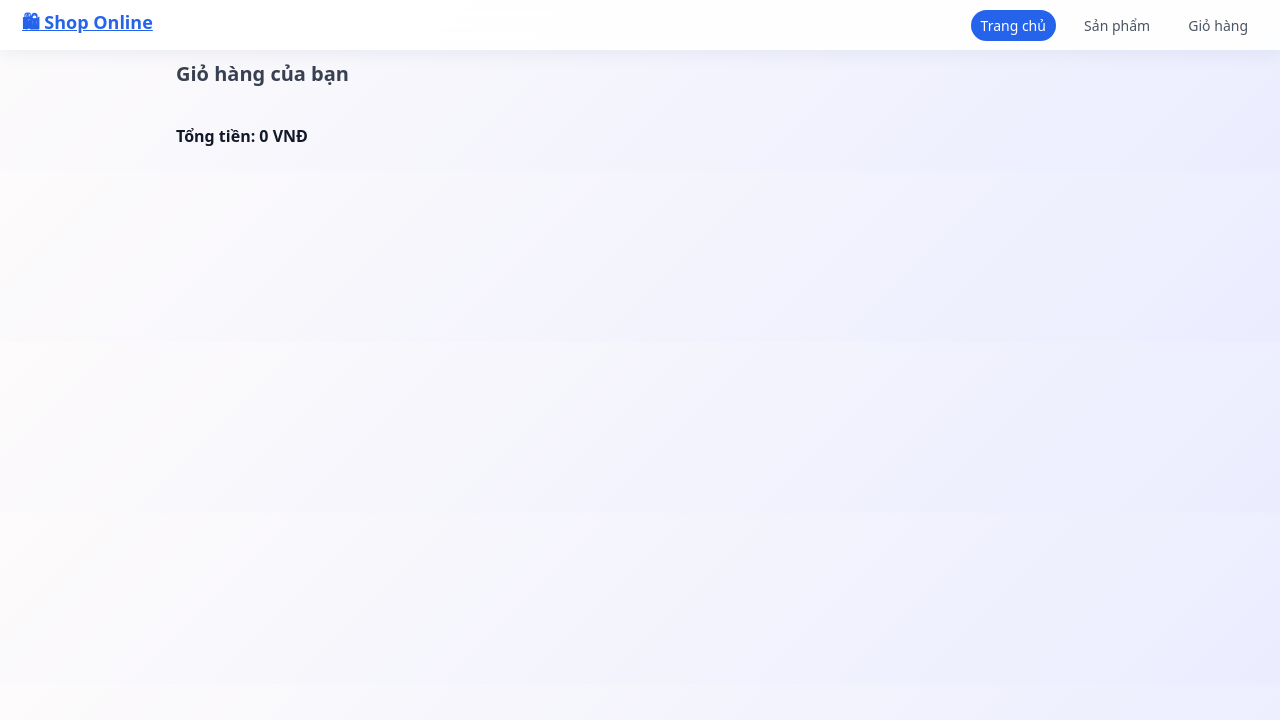
Repository: sapiens04/myshop_feuser
Page: cart.html
The author's editor kept a copy of each file at every save. The page is drawn from the files as they stood at one save, then again after the next save.
The browser window is 1280 px wide. The pictures show the whole page.

Above is the page before, as saved 2025-11-18 18:04:43.

### cart.html
<!DOCTYPE html>
<html lang="vi">
<head>
    <meta charset="UTF-8">
    <title>Giỏ hàng</title>
   <link rel="stylesheet" href="src/css/user.css">
</head>
<body>

<header class="navbar">
    <a href="index.html"
    <div class="logo">🛍 Shop Online</div>
</a>
     <nav>
    <a href="index.html" class="active">Trang chủ</a>
    <a href="products.html">Sản phẩm</a>
    <a href="src/cart.html">
        Giỏ hàng
        <span class="cart-badge cart-count"></span>
    </a>
</nav>

</header>

<h2 class="section-title">Giỏ hàng của bạn</h2>

<div id="cartList" class="cart-container"></div>

<h3 id="totalPrice" class="total"></h3>

<script src="src/js/cart_badge.js"></script>
<script src="src/js/cart.js"></script>

</body>
</html>

### src/css/user.css
/* Reset nhẹ nhàng */
* {
    box-sizing: border-box;
    margin: 0;
    padding: 0;
}

body {
    font-family: system-ui, -apple-system, BlinkMacSystemFont, "Segoe UI", sans-serif;
    background: linear-gradient(135deg, #fdfbfb, #ebedff);
    color: #222;
}

/* Navbar */
/* -------------------------- */
.navbar {
    position: sticky;
    top: 0;
    z-index: 10;
    display: flex;
    justify-content: space-between;
    align-items: center;
    padding: 10px 22px;
    background: rgba(255, 255, 255, 0.9);
    backdrop-filter: blur(10px);
    box-shadow: 0 4px 15px rgba(148, 163, 184, 0.15);
}

.logo {
    font-weight: 700;
    font-size: 18px;
    color: #2563eb;
}

.navbar nav a {
    margin-left: 14px;
    text-decoration: none;
    font-size: 14px;
    color: #4b5563;
    padding: 6px 10px;
    border-radius: 999px;
    transition: background-color 0.15s, color 0.15s;
}

.navbar nav a:hover {
    background-color: rgba(37, 99, 235, 0.08);
    color: #1d4ed8;
}

.navbar nav a.active {
    background-color: #2563eb;
    color: #ffffff;
}

/* Hero */
/* -------------------------- */
.hero {
    text-align: center;
    padding: 40px 16px 28px;
    max-width: 960px;
    margin: 0 auto;
}

.hero h1 {
    font-size: 28px;
    margin-bottom: 10px;
    color: #1f2933;
}

.hero p {
    color: #6b7280;
    margin-bottom: 16px;
}

.btn-primary {
    display: inline-block;
    border: none;
    border-radius: 999px;
    padding: 8px 18px;
    font-size: 14px;
    cursor: pointer;
    background: linear-gradient(135deg, #60a5fa, #a855f7);
    color: #ffffff;
    box-shadow: 0 6px 15px rgba(99, 102, 241, 0.4);
    text-decoration: none;
    transition: transform 0.05s ease, box-shadow 0.1s ease, opacity 0.1s ease;
}

.btn-primary:hover {
    transform: translateY(-1px);
    box-shadow: 0 10px 25px rgba(99, 102, 241, 0.45);
    opacity: 0.96;
}

/* Tiêu đề section */
/* -------------------------- */
.section-title {
    max-width: 960px;
    margin: 10px auto 4px;
    padding: 0 16px;
    font-size: 20px;
    font-weight: 600;
    color: #374151;
}

/* Search input ở trang products */
/* -------------------------- */
.search-input {
    display: block;
    max-width: 960px;
    width: 100%;
    margin: 8px auto 10px;
    padding: 8px 12px;
    border-radius: 999px;
    border: 1px solid #d1d5db;
    background-color: rgba(255, 255, 255, 0.9);
    font-size: 14px;
    color: #374151;
    box-shadow: 0 3px 10px rgba(148, 163, 184, 0.15);
    transition: border-color 0.15s, box-shadow 0.15s, background-color 0.15s;
}

.search-input:focus {
    outline: none;
    border-color: #60a5fa;
    box-shadow: 0 0 0 2px rgba(96, 165, 250, 0.35);
    background-color: #ffffff;
}

/* Product grid */
/* -------------------------- */
.product-grid {
    max-width: 960px;
    margin: 6px auto 30px;
    padding: 0 16px;
    display: grid;
    grid-template-columns: repeat(auto-fill, minmax(190px, 1fr));
    gap: 14px;
}

/* Card sản phẩm */
.product-card {
    background: rgba(255, 255, 255, 0.95);
    border-radius: 16px;
    box-shadow: 0 8px 20px rgba(148, 163, 184, 0.3);
    padding: 10px 10px 14px;
    cursor: pointer;
    transition: transform 0.1s ease, box-shadow 0.1s ease, background-color 0.15s ease;
    display: flex;
    flex-direction: column;
    align-items: stretch;
}

.product-card:hover {
    transform: translateY(-3px);
    box-shadow: 0 12px 30px rgba(129, 140, 248, 0.4);
    background-color: #f9fafb;
}

.product-card img {
    width: 100%;
    height: 140px;
    object-fit: cover;
    border-radius: 12px;
    margin-bottom: 8px;
    background: linear-gradient(135deg, #f9a8d4, #bfdbfe);
}

.product-card h3 {
    font-size: 15px;
    margin-bottom: 4px;
    color: #111827;
}

.product-card .price {
    font-size: 14px;
    font-weight: 600;
    color: #ec4899;
}

/* Detail page */
/* -------------------------- */
.detail-wrapper {
    max-width: 960px;
    margin: 24px auto;
    padding: 12px 16px;
    display: flex;
    gap: 18px;
    flex-wrap: wrap;
}

.detail-image {
    flex: 1 1 260px;
    max-width: 340px;
    width: 100%;
    border-radius: 18px;
    box-shadow: 0 10px 25px rgba(148, 163, 184, 0.4);
    object-fit: cover;
    background: linear-gradient(135deg, #fbcfe8, #bfdbfe);
}

.detail-info {
    flex: 2 1 320px;
    display: flex;
    flex-direction: column;
    gap: 10px;
    padding-top: 6px;
}

.detail-info h2 {
    font-size: 22px;
    color: #111827;
}

.detail-info .price {
    font-size: 18px;
    font-weight: 700;
    color: #ec4899;
}

/* Cart */
/* -------------------------- */
.cart-container {
    max-width: 960px;
    margin: 12px auto 0;
    padding: 0 16px 20px;
    display: flex;
    flex-direction: column;
    gap: 10px;
}

.cart-item {
    background: rgba(255, 255, 255, 0.96);
    border-radius: 14px;
    padding: 10px 12px;
    display: flex;
    justify-content: space-between;
    align-items: center;
    box-shadow: 0 6px 16px rgba(148, 163, 184, 0.3);
}

.cart-item h3 {
    font-size: 15px;
    margin-bottom: 2px;
}

.cart-item p {
    font-size: 13px;
    color: #4b5563;
}

.cart-actions {
    display: flex;
    gap: 6px;
    align-items: center;
}

.cart-actions button {
    border-radius: 999px;
    border: 1px solid #d1d5db;
    background-color: #f9fafb;
    padding: 4px 9px;
    font-size: 13px;
    cursor: pointer;
    transition: background-color 0.15s, transform 0.05s;
}

.cart-actions button:hover {
    background-color: #e5e7eb;
    transform: translateY(-1px);
}

/* Tổng tiền */
.total {
    max-width: 960px;
    margin: 6px auto 24px;
    padding: 0 16px;
    font-size: 16px;
    font-weight: 600;
    color: #111827;
}

/* Thông báo lỗi đơn giản (nếu cần dùng chung) */
.error {
    color: #dc2626;
}

/* Responsive */
/* -------------------------- */
@media (max-width: 600px) {
    .navbar {
        flex-direction: column;
        align-items: flex-start;
        gap: 6px;
    }
.navbar nav a {
    margin-left: 14px;
    text-decoration: none;
    font-size: 14px;
    color: #4b5563;
    padding: 6px 10px;
    border-radius: 999px;
    transition: background-color 0.15s, color 0.15s;
    position: relative; /* THÊM: để chứa badge */
}

/* Badge số trên chữ "Giỏ hàng" */
.cart-badge {
    position: absolute;
    top: -4px;
    right: 0;
    min-width: 18px;
    height: 18px;
    border-radius: 999px;
    background: #f97316; /* cam pastel */
    color: #ffffff;
    font-size: 11px;
    display: flex;
    align-items: center;
    justify-content: center;
    padding: 0 4px;
    box-shadow: 0 2px 6px rgba(249, 115, 22, 0.5);
}

/* Nếu không có số thì ẩn luôn (JS sẽ bỏ text đi) */
.cart-badge:empty {
    display: none;
}

    .hero h1 {
        font-size: 22px;
    }

    .detail-wrapper {
        flex-direction: column;
        align-items: center;
    }

    .detail-info {
        width: 100%;
    }

    .product-card img {
        height: 130px;
    }
}

### src/js/cart_badge.js
function getCartItems() {
    try {
        return JSON.parse(localStorage.getItem("cart") || "[]");
    } catch (e) {
        return [];
    }
}

function updateCartCount() {
    const cart = getCartItems();
    const total = cart.reduce((sum, item) => sum + (item.qty || 0), 0);

    const badges = document.querySelectorAll(".cart-count");
    badges.forEach(badge => {
        badge.textContent = total > 0 ? String(total) : "";
    });
}

// Cập nhật khi load trang
window.addEventListener("load", updateCartCount);

// Cập nhật khi localStorage thay đổi từ tab khác (nếu mở nhiều tab)
window.addEventListener("storage", (e) => {
    if (e.key === "cart") {
        updateCartCount();
    }
});

### src/js/cart.js
function loadCart() {
    const cart = JSON.parse(localStorage.getItem("cart") || "[]");
    const list = document.getElementById("cartList");
    let total = 0;

    list.innerHTML = "";

    cart.forEach(item => {
        total += item.price * item.qty;

        list.innerHTML += `
            <div class="cart-item">
                <div>
                    <h3>${item.name}</h3>
                    <p>${item.price.toLocaleString()} VNĐ x ${item.qty}</p>
                </div>

                <div class="cart-actions">
                    <button onclick="changeQty(${item.id}, -1)">-</button>
                    <button onclick="changeQty(${item.id}, 1)">+</button>
                    <button onclick="removeItem(${item.id})">🗑</button>
                </div>
            </div>
        `;
    });

    document.getElementById("totalPrice").textContent =
        "Tổng tiền: " + total.toLocaleString() + " VNĐ";

    // 🔴 THÊM:
    if (typeof updateCartCount === "function") {
        updateCartCount();
    }
}


function changeQty(id, delta) {
    const cart = JSON.parse(localStorage.getItem("cart") || "[]");
    const item = cart.find(x => x.id === id);

    if (!item) return;

    item.qty += delta;
    if (item.qty <= 0) {
        removeItem(id);
        return;
    }

    localStorage.setItem("cart", JSON.stringify(cart));
    loadCart();
}

function removeItem(id) {
    let cart = JSON.parse(localStorage.getItem("cart") || "[]");
    cart = cart.filter(x => x.id !== id);

    localStorage.setItem("cart", JSON.stringify(cart));
    loadCart();
}

window.onload = loadCart;

After the next save:
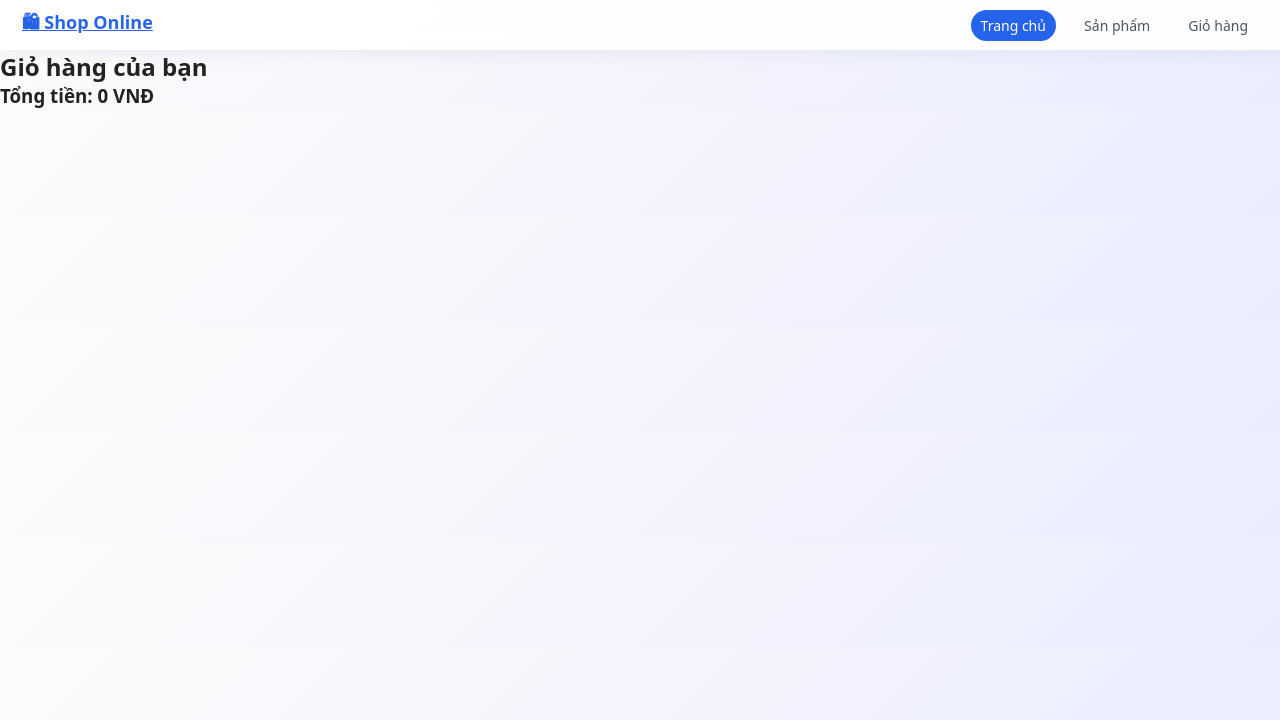
Saved 3 min 6 s later.
--- a/cart.html
+++ b/cart.html
@@ -22,11 +22,14 @@
 
 </header>
 
-<h2 class="section-title">Giỏ hàng của bạn</h2>
+<div class="container">
+    <h2>Giỏ hàng của bạn</h2>
+    <!-- LIST GIỎ HÀNG -->
+    <div id="cartList"></div>
 
-<div id="cartList" class="cart-container"></div>
-
-<h3 id="totalPrice" class="total"></h3>
+    <!-- TỔNG TIỀN -->
+    <h3 id="totalPrice"></h3>
+</div>
 
 <script src="src/js/cart_badge.js"></script>
 <script src="src/js/cart.js"></script>
